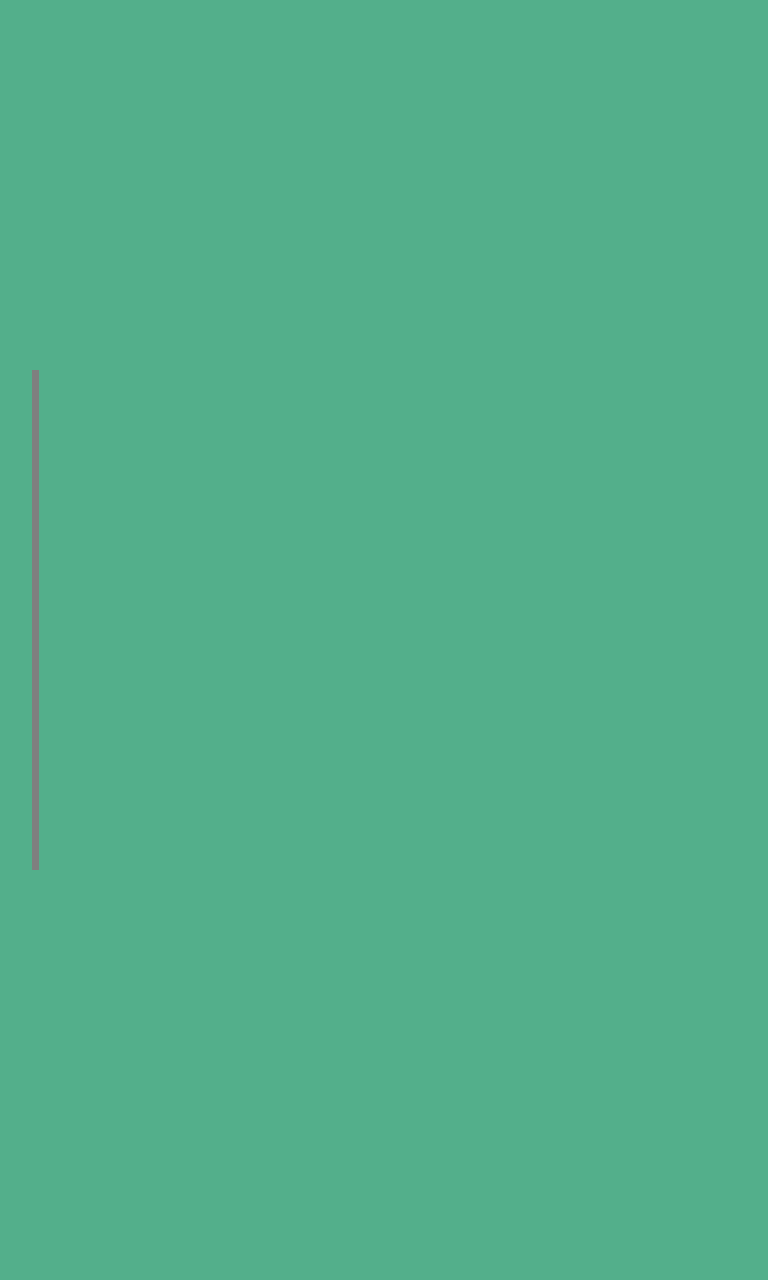
Repository: Shruthi06/designed-droid
Layout: static_fragment/res/layout/activity_main.xml
An editor plug-in stored every save of this project. The layout is shown before and after the next save, followed by the edit.
Pictures or frames that could not be fetched are drawn as grey boxes. It is drawn on a 768 x 1280 px phone screen (xhdpi) without system bars, with theme AppTheme; the app's code is not run.

Above is the layout before, as saved 2016-02-09 17:22:31.

### static_fragment/res/layout/activity_main.xml
<RelativeLayout xmlns:android="http://schemas.android.com/apk/res/android"
    xmlns:tools="http://schemas.android.com/tools"
    android:layout_width="match_parent"
    android:layout_height="match_parent"
    android:paddingBottom="@dimen/activity_vertical_margin"
    android:paddingLeft="@dimen/activity_horizontal_margin"
    android:paddingRight="@dimen/activity_horizontal_margin"
    android:paddingTop="@dimen/activity_vertical_margin"
    android:background="#ad028954"
    tools:context=".MainActivity" >

    <fragment
        android:id="@+id/fragment1"
        android:name="com.shruthi.static_fragment.fragment_activity"
        android:layout_width="wrap_content"
        android:layout_height="250dp"
        android:layout_alignParentTop="true"

        android:layout_marginTop="169dp" />

</RelativeLayout>

Loaded but not shown: static_fragment/res/values/styles.xml (common file); static_fragment/res/values-v11/styles.xml (common file); static_fragment/res/values-v14/styles.xml (common file); static_fragment/res/values/dimens.xml (common file)

After the next save:
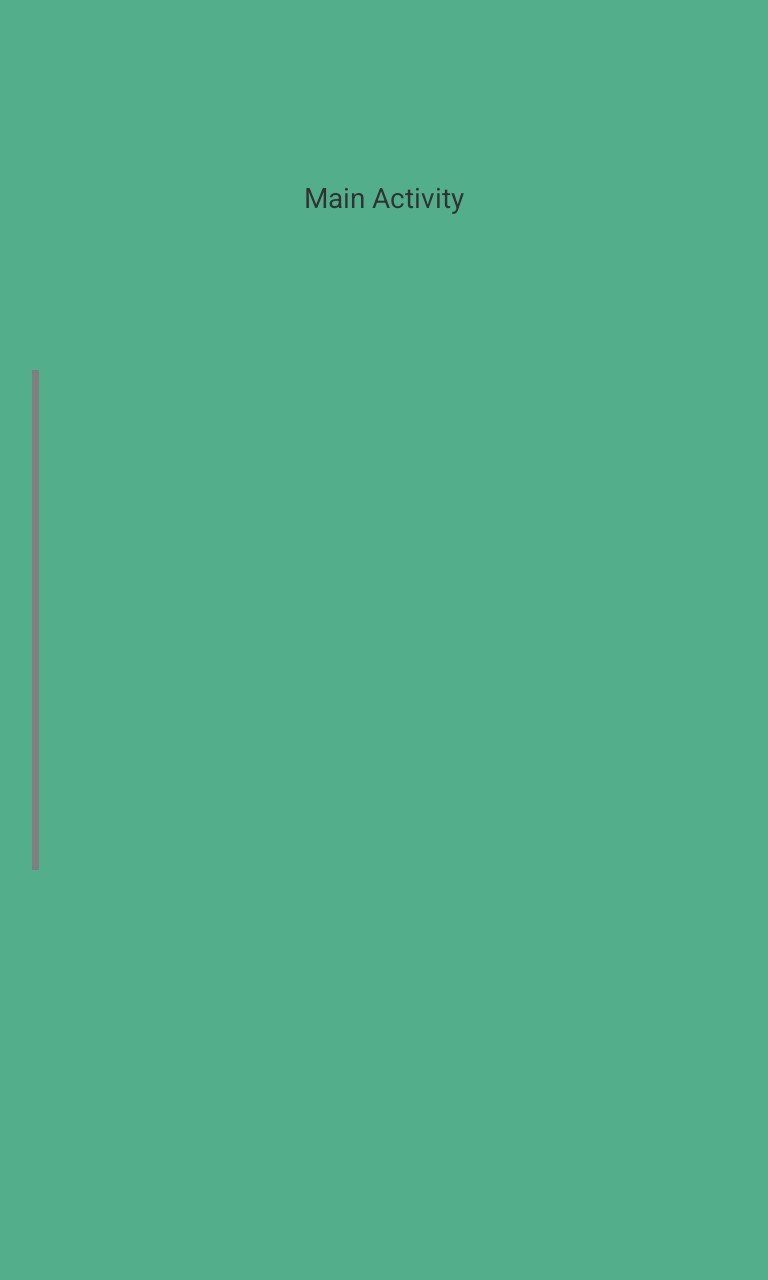
Saved 3 min 14 s later.
--- a/static_fragment/res/layout/activity_main.xml
+++ b/static_fragment/res/layout/activity_main.xml
@@ -18,4 +18,13 @@
 
         android:layout_marginTop="169dp" />
 
+    <TextView
+        android:id="@+id/textView1"
+        android:layout_width="wrap_content"
+        android:layout_height="wrap_content"
+        android:layout_alignParentTop="true"
+        android:layout_centerHorizontal="true"
+        android:layout_marginTop="73dp"
+        android:text="Main Activity" />
+
 </RelativeLayout>
